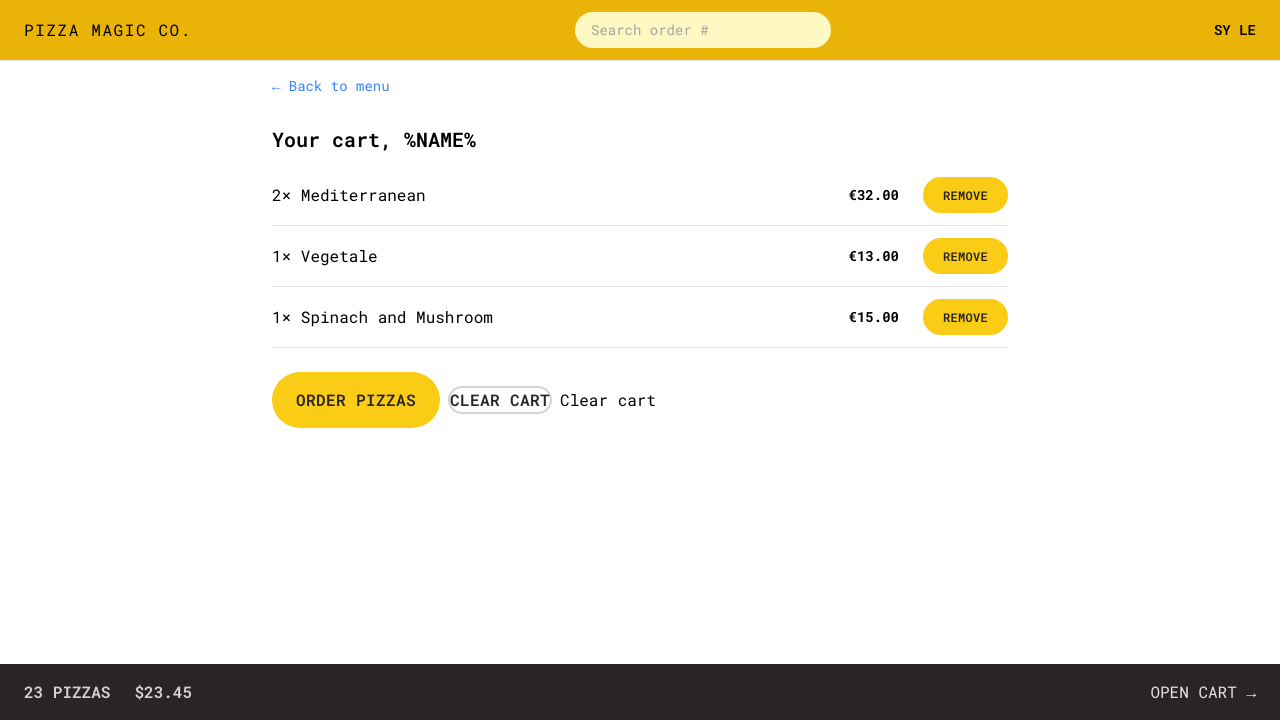
Repository: SyLe-Van/The-Pizza-Magic-web
Page: /cart
These files come from the project's save history. The page is drawn as it stood at one moment and after the next save; the edit follows.
The browser window is 1280 px wide. The pictures show the whole page.
The project was rebuilt for these pictures with package versions that can differ from the ones it lists, and the page was loaded fresh each time. Also part of the build but not shown: vite.config.js, src/features/user/CreateUser.jsx, src/ui/Home.jsx, src/ui/Loader.jsx, src/services/apiRestaurant.js, src/features/menu/Menu.jsx, src/ui/Error.jsx, src/features/order/CreateOrder.jsx and 1 more. Imported but missing from the stored project, and not drawn on this page: src/features/menu/MenuItem.

Above is the page before, as saved 2024-07-28 18:26:51.

### index.html
<!doctype html>
<html lang="en">
  <head>
    <meta charset="UTF-8" />
    <link rel="icon" type="image/svg+xml" href="/vite.svg" />
    <meta name="viewport" content="width=device-width, initial-scale=1.0" />
    <link rel="preconnect" href="https://fonts.googleapis.com">
    <link rel="preconnect" href="https://fonts.gstatic.com" crossorigin>
    <link href="https://fonts.googleapis.com/css2?family=Roboto+Mono:ital,wght@0,100..700;1,100..700&display=swap"
      rel="stylesheet">
    <title>Vite + React</title>
  </head>
  <body clas="bg-stone-100 text-stone-700">
    <div id="root"></div>
    <script type="module" src="/src/main.jsx"></script>
  </body>
</html>

### src/App.jsx
import {RouterProvider, createBrowserRouter } from "react-router-dom"
import Home from "./ui/Home"
import AppLayout from "./ui/AppLayout"
import Menu, {loader as menuLoader} from "./features/menu/Menu"
import Cart from "./features/cart/Cart"
import Error from "./ui/Error"
import CreateOrder, {action as CreateOrderAction} from "./features/order/CreateOrder"
import Order, {loader as orderLoader} from "./features/order/Order"
const router = createBrowserRouter([
  {
    element: <AppLayout />,
    errorElement: <Error />,
    children: [
      {
        path: "/",
        element: <Home />
      },
      {
        path: "/menu",
        element: <Menu />,
        loader: menuLoader,
        errorElement: <Error />,
      },
      {
        path: "/cart",
        element: <Cart />
      },
      {
        path: "/order/new",
        element: <CreateOrder />,
        action: CreateOrderAction,
      },
      {
        path: "/order/:orderId",
        element: <Order />,
        loader: orderLoader,
        errorElement: <Error />,
      }
    ]
  },


])

export default function App() {
  return <RouterProvider router={router} />
}

### src/index.css
@tailwind base;
@tailwind components;
@tailwind utilities;

@layer components {
  .input{
    @apply
      rounded-full
       md:px-6 md:py-3
        focus:ring
        focus:ring-yellow-400
         focus:outline-none
          border
           border-stone-200
            w-full px-4 py-2
            text-sm transition-all
             duration-300
              placeholder:text-stone-400
               bg-slate-300

  }
    .loader {
      width: 45px;
      aspect-ratio: 0.75;
      --c: no-repeat linear-gradient(theme(colors.stone.800) 0 0);
      background: var(--c) 0% 50%, var(--c) 50% 50%, var(--c) 100% 50%;
      background-size: 20% 50%;
      animation: loading 1s infinite linear;
    }

    @keyframes loading {
      20% {
        background-position: 0% 0%, 50% 50%, 100% 50%;
      }

      40% {
        background-position: 0% 100%, 50% 0%, 100% 50%;
      }

      60% {
        background-position: 0% 50%, 50% 100%, 100% 0%;
      }

      80% {
        background-position: 0% 50%, 50% 50%, 100% 100%;
      }
    }
}
/* body {
  font-family: system-ui, -apple-system, BlinkMacSystemFont, 'Segoe UI', Roboto,
    Oxygen, Ubuntu, Cantarell, 'Open Sans', 'Helvetica Neue', sans-serif;
  background-color: #f7f7f7;
  color: #444;
}

.layout {
  display: grid;
  grid-template-rows: auto 1fr auto;
  gap: 32px;
  height: 100dvh;

} */

/* https://dev.to/afif/i-made-100-css-loaders-for-your-next-project-4eje */

### src/ui/AppLayout.jsx
import { Outlet, useNavigation } from "react-router-dom";
import CartOverview from "../features/cart/CartOverview";
import Header from "./Header";
import Loader from "./Loader";
export default function AppLayout() {
    const navigation = useNavigation()
    const isLoading = navigation.state === "loading"
    return (
        <div className="grid h-screen grid-rows-[auto_1fr_auto]">
            {isLoading && <Loader />}
            <Header />
            <div className="overflow-scroll">
                <main className="mx-auto max-w-3xl ">
                    <Outlet />
                </main>
            </div>
            <CartOverview />
        </div>
    )
}

### src/features/cart/Cart.jsx
import { Link } from 'react-router-dom';
import LinkButton from '../../ui/LinkButton';
import Button from '../../ui/Button';
import CartItem from './CartItem';
const fakeCart = [
  {
    pizzaId: 12,
    name: 'Mediterranean',
    quantity: 2,
    unitPrice: 16,
    totalPrice: 32,
  },
  {
    pizzaId: 6,
    name: 'Vegetale',
    quantity: 1,
    unitPrice: 13,
    totalPrice: 13,
  },
  {
    pizzaId: 11,
    name: 'Spinach and Mushroom',
    quantity: 1,
    unitPrice: 15,
    totalPrice: 15,
  },
];

function Cart() {
  const cart = fakeCart;

  return (
    <div className='py-3 px-4 '>
      <LinkButton to="/menu">&larr; Back to menu</LinkButton>
      <h2 className='mt-7 text-xl font-semibold'>Your cart, %NAME%</h2>
      <ul className='divide-y divide-stone-200 border-b mt-3'>
        {cart.map(item => <CartItem item={item} key={item.key} />)}
      </ul>
      <div className='mt-6 space-x-2'>
        <Button type="primary" to="/order/new">Order pizzas</Button>

        <Button type="secondary">Clear cart</Button>
        <button>Clear cart</button>
      </div>
    </div>
  );
}

export default Cart;

### src/features/cart/CartOverview.jsx
import { Link } from "react-router-dom";

export default function CartOverview() {
  return (
    <div className="bg-stone-800 text-stone-200 py-4 justify-between uppercase  px-4 sm:px-6 md:text-base flex items-center">
      <p className="text-stone-300 font-semibold space-x-4 sm:space-x-6">
        <span>23 pizzas</span>
        <span>$23.45</span>
      </p>
      <Link to='/cart'>Open cart &rarr;</Link>
    </div>
  );
}

### src/ui/Header.jsx
import { Link } from "react-router-dom";
import Username from "../features/user/Username";
import SearchOrder from "../features/order/SearchOrder";

export default function Header() {
    return (
        <header className="bg-yellow-500  flex items-center justify-between uppercase py-3 px-4 border-b border-stone-200 sm:px-6">
            <Link className="tracking-widest" to="/">Pizza Magic Co.</Link>
            <SearchOrder />

            <Username />

        </header>
    )
}

### src/ui/LinkButton.jsx
import {Link, useNavigate } from 'react-router-dom';
function LinkButton({ children, to }) {
    const navigatate = useNavigate();
    const className = "text-sm text-blue-500 hover:text-blue-600 hover:underline"
    if(to === '-1') {
        return (
            <button className={className} onClick={() => navigatate(-1)}>
            {children}
          </button>
        );
    }
  return (
      <Link to={to} className={className}>
          {children}
    </Link>
  );
}

export default LinkButton;

### src/ui/Button.jsx
import { Link } from "react-router-dom";
function Button({ children, disabled, to , type}) {

    const base = "bg-yellow-400 focus:outline-none focus:ring-offset-2 focus:ring focus:ring-yellow-300 focus:bg-yellow-300 duration-300 transition-colors uppercase font-semibold   text-stone-800 inline-block  tracking-wide rounded-full hover:bg-yellow-300 disabled:cursor-not-allowed "
    const styles = {
        secondary: "focus:outline-none border-2 border-stone-300 focus:ring-offset-2 focus:ring focus:ring-yellow-300 focus:bg-yellow-300 duration-300 transition-colors uppercase font-semibold   text-stone-800 inline-block  tracking-wide rounded-full hover:bg-yellow-300 disabled:cursor-not-allowed ",
        primary: base + "py-3 px-4 md:px-6 md:py-4",
        small: base + "px-4 py-2 md:px-5 md:py-2.5 text-xs"
    }
    if (to) {
        return <Link className={styles[type]} to={to}>{children}</Link>
    }
    return <button disabled={disabled} className={styles[type]}>
      {children}
  </button>
}
export default Button;

### src/features/cart/CartItem.jsx
import Button from "../../ui/Button";
import { formatCurrency } from "../../utils/helpers";
function CartItem({ item }) {
  const { pizzaId, name, quantity, totalPrice } = item;

  return (
    <li className="py-3 sm:flex sm:items-center sm:justify-between ">
      <p className="mb-1 sm:mb-0">
        {quantity}&times; {name}
      </p>
      <div className="flex justify-between sm:gap-6 items-center">
        <p className="text-sm font-bold">{formatCurrency(totalPrice)}</p>
        <Button type="small">Remove</Button>
      </div>
    </li>
  );
}

export default CartItem;

### src/features/user/Username.jsx
function Username() {
    return (
        <div className="text-sm hidden font-semibold md:block">Sy Le</div>
    )
}

export default Username;

### src/features/order/SearchOrder.jsx
import {useState} from 'react';
import { useNavigate } from 'react-router-dom';
export default function SearchOrder() {
    const [query, setQuery] = useState("");
    const navigate = useNavigate()

    function handleSubmit(e) {
        e.preventDefault();
        if (!query) return;
        navigate('/order/' + query)
        setQuery("")
    }
    return (
        <form onSubmit={handleSubmit}>
            <input  placeholder="Search order #"
                value={query}
                onChange={e => setQuery(e.target.value)}
                className='w-28 transition-all duration-300 focus:ring-opacity-50 rounded-full bg-yellow-100 px-4 py-2 text-sm placeholder:text-stone-400 sm:w-64 sm:focus:focus:w-72 focus:outline-none focus:ring focus:ring-yellow-500'
            />
        </form>
    )
}

### tailwind.config.js
/** @type {import('tailwindcss').Config} */
module.exports = {
  content: ["./index.html", "./src/**/*.{html,js,jsx,tsx}"],
  theme: {
    fontFamily: {
      sans: "Roboto Mono, monospace",
    },

    extend: {
      fontSize: {
        huge: ["8rem", { lineHeight: "1" }],
      },
      height: {
        screen: "100dvh",
      },
    },
  },
  plugins: [],
};

Loaded but not shown: src/main.jsx (common file); src/utils/helpers.js (common file)

After the next save:
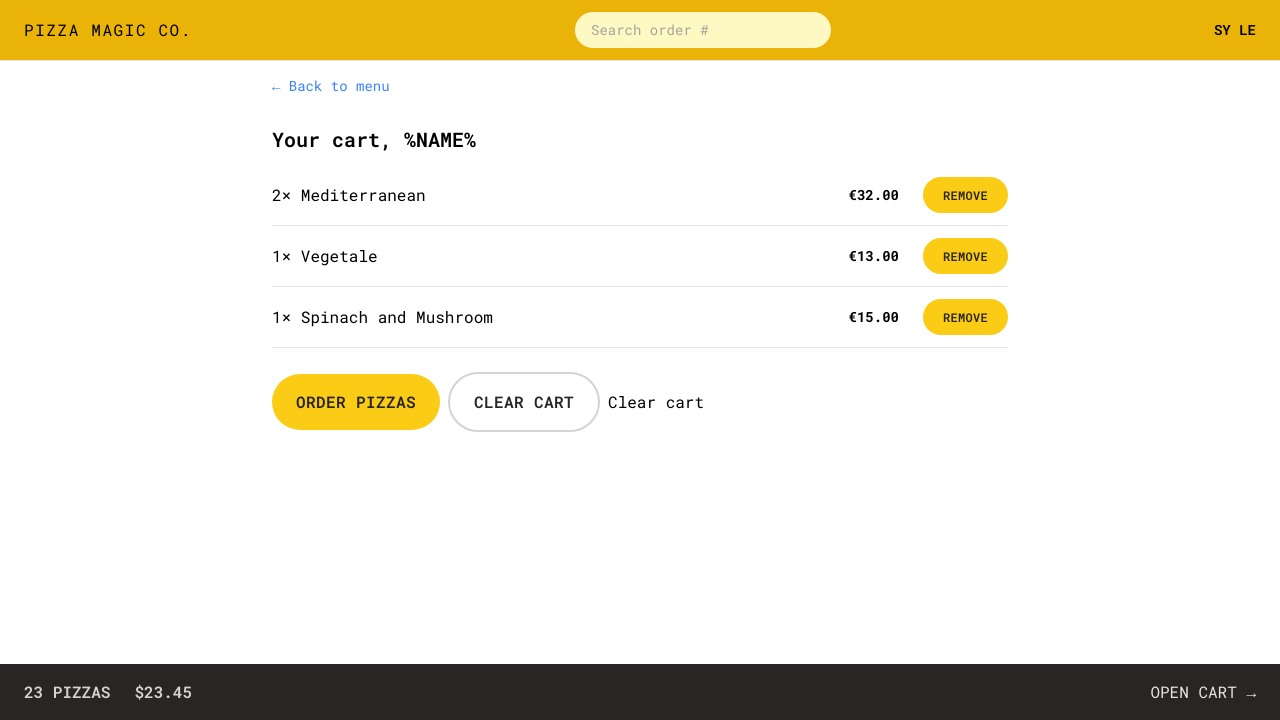
Saved 16 s later.
--- a/src/ui/Button.jsx
+++ b/src/ui/Button.jsx
@@ -3,7 +3,7 @@ function Button({ children, disabled, to , type}) {
 
     const base = "bg-yellow-400 focus:outline-none focus:ring-offset-2 focus:ring focus:ring-yellow-300 focus:bg-yellow-300 duration-300 transition-colors uppercase font-semibold   text-stone-800 inline-block  tracking-wide rounded-full hover:bg-yellow-300 disabled:cursor-not-allowed "
     const styles = {
-        secondary: "focus:outline-none border-2 border-stone-300 focus:ring-offset-2 focus:ring focus:ring-yellow-300 focus:bg-yellow-300 duration-300 transition-colors uppercase font-semibold   text-stone-800 inline-block  tracking-wide rounded-full hover:bg-yellow-300 disabled:cursor-not-allowed ",
+        secondary: "focus:outline-none border-2 py-3 px-4 md:px-6 md:py-4 border-stone-300 focus:ring-offset-2 focus:ring focus:ring-yellow-300 focus:bg-yellow-300 duration-300 transition-colors uppercase font-semibold   text-stone-800 inline-block  tracking-wide rounded-full hover:bg-yellow-300 disabled:cursor-not-allowed ",
         primary: base + "py-3 px-4 md:px-6 md:py-4",
         small: base + "px-4 py-2 md:px-5 md:py-2.5 text-xs"
     }
